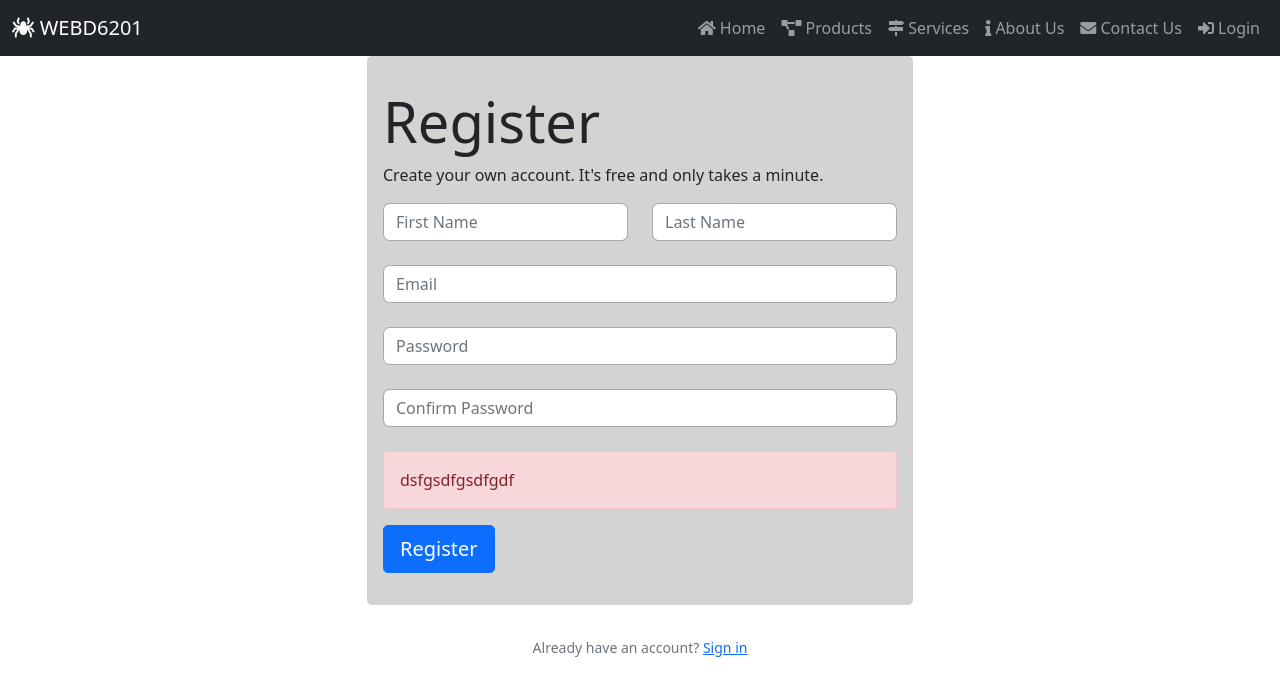
Repository: soumyann/soumyann11.github.io
Page: register.html
An editor plug-in stored every save of this project. The page is shown before and after the next save, followed by the edit.
The browser window is 1280 px wide. The pictures show the whole page.

Above is the page before, as saved 2022-02-27 15:43:10.

### register.html
<!DOCTYPE html>
<html lang="en">

<head>
  <meta charset="UTF-8">
  <meta http-equiv="X-UA-Compatible" content="IE=edge">
  <meta name="viewport" content="width=device-width, initial-scale=1.0">
  <title>Register</title>
  <!-- CSS Section -->
  <link rel="stylesheet" href="./node_modules/bootstrap/dist/css/bootstrap.min.css">
  <link rel="stylesheet" href="./node_modules/@fortawesome/fontawesome-free/css/all.min.css">
  <link rel="stylesheet" href="./Content/app.css">
</head>

<body>
  <header></header>

  <!-- Main Content -->
  <main class="container" id="mainContent">
    <div class="row">
      <div class="offset-md-3 col-md-6 col-sm-12">
        <div class="login" id="contentArea">
          <h1 class="display-4">Register</h1>
          <form id="registerForm" novalidate>
            <p class="hint-text">Create your own account. It's free and only takes a minute.</p>

            <div class="form-group">
              <div class="row">
                <div class="col-md-6">
                  <input class="form-control" type="text" name="firstName" id="FirstName" placeholder="First Name"
                    required>
                </div>
                <div class="col-md-6">
                  <input class="form-control" type="text" name="lastName" id="lastName" placeholder="Last Name"
                    required>
                </div>
              </div>
            </div>
            <br />

            <div class="form-group">
              <div class="row">
                <div class="col-md-12">
                  <input type="email" class="form-control" id="emailAddress" name="emailAddress" required value=""
                    placeholder="Email">
                </div>
              </div>

            </div><br />

            <div class="form-group">
              <div class="row">
                <div class="col-md-12">
                  <input type="password" class="form-control" id="password" name="password" required value=""
                    placeholder="Password">
                </div>
              </div>

            </div><br />

            <div class="form-group">
              <div class="row">
                <div class="col-md-12">
                  <input type="password" class="form-control" id="confirmPassword" name="confirmPassword" required
                    value="" placeholder="Confirm Password">
                </div>
              </div>

            </div><br />
            <div class="text-right">
              <div id="ErrorMessage" class="alert alert-danger" role="alert">dsfgsdfgsdfgdf</div>
            </div>

            <div class="text-right">
              <button id="submitButton" type="submit" class="btn btn-primary btn-lg">Register</button>
            </div>
          </form>

        </div>
        <p class="text-center text-muted small">
          Already have an account?
          <a href="login.html">Sign in</a>
        </p>
      </div>
    </div>
  </main>


  <!-- Scripting Section -->
  <script src="./node_modules/jquery/dist/jquery.min.js"></script>
  <script src="./node_modules/bootstrap/dist/js/bootstrap.min.js"></script>

  <script src="./Scripts/namespace.js"></script>
  <script src="./Scripts/contact.js"></script>
  <script src="./Scripts/app.js"></script>
</body>

</html>

### Content/app.css
.input-group-addon:first-child
{
    border-right: 0;
}

.input-group-addon
{
    padding: 6px 12px;
    font-size: 14px;
    font-weight: 400;
    line-height: 1;
    text-align: center;
    border: 1px solid darkgrey;
    border-radius: 4xpx;
}

.input-group-addon .fa
{
    font-size: 18px;
}

.input-group .form-control
{
    position:relative;
    z-index: 2;
    float:left;
    margin-bottom: 0;
}

.input-group .form-control:last-child
{
    border-top-left-radius: 0;
    border-bottom-left-radius: 0;
}



.login
{
    padding: 2rem 1rem;
    margin-bottom: 2rem;
    background-color: lightgrey;
    border-radius: .3rem;
}

.login input
{
    background-color: white;
    border-color: darkgrey;
    border-radius: .4em;
    width: 100%;
}

### Scripts/namespace.js
"use strict";
let core;

### Scripts/contact.js
(function (core){

    class Contact
    {

        //public properties (getters and setters)
        get FullName()
        {
            return this.m_fullName;
        }
        set FullName(fullName)
        {
            this.m_fullName=fullName;
        }

        get ContactNumber()
        {
            return this.m_contactNumber;
        }
        set ContactNumber(contactNumber)
        {
            this.m_contactNumber=contactNumber;
        }

        get EmailAddress()
        {
            return this.m_emailAddress;
        }
        set EmailAddress(emailAddress)
        {
            this.m_emailAddress=emailAddress;
        }

        //constructor

        constructor(fullName="", contactNumber="", emailAddress="")
        {
            this.FullName=fullName;
            this.ContactNumber=contactNumber;
            this.EmailAddress=emailAddress;
        }

        //Public methods

        serialize()
        {
            if(this.FullName !== "" && this.ContactNumber !== "" && this.EmailAddress !== "")
            {
                return `${this.FullName},${this.ContactNumber},${this.EmailAddress}`;
            }
            console.error("One or more properties of the Contact Object are missing or empty");
            return null;
        }

        deserialize(data) // assume that the data object is a comma-separated list of properties
        {
            let propertyArray = data.split(",");
            this.FullName = propertyArray[0];
            this.ContactNumber = propertyArray[1];
            this.EmailAddress = propertyArray[2];
        }

        // public overrides

        toString()
        {
            return `Full Name     : ${this.FullName}\nContact Number: ${this.ContactNumber}\nEmail Address : ${this.EmailAddress}`;
        }


    }

     core.Contact = Contact;
})(core || (core = {}));

### Scripts/app.js
// IIFE -- Immediately Invoked Function Expression
// AKA Anonymous Self-Executing Function
(function()
{
    /**
     * This method uses AJAX to open a connection to the url and returns data to the callback function
     *
     * @param {string} method
     * @param {string} url
     * @param {Function} callback
     */
    function AjaxRequest(method, url, callback)
    {
        // step 1 - instantiate an XHR object
        let XHR = new XMLHttpRequest();

        // step 2 - create an event listener / handler for readystatechange event
        XHR.addEventListener("readystatechange", () =>
        {
            if(XHR.readyState === 4 && XHR.status === 200)
            {
               callback(XHR.responseText);
            }
        });

        // step 3 - open a connection to the server
        XHR.open(method, url);

        // step 4 - send the request to the server
        XHR.send();
    }

    /**
     * This function loads the NavBar from the header file and injects it into the page
     *
     * @param {string} data
     */
    function LoadHeader(data)
    {
        $("header").html(data); // data payload
        $(`li>a:contains(${document.title})`).addClass("active"); // add a class of 'active'
        CheckLogin();
    }


    function DisplayAboutPage()
    {
        console.log("About Us Page");
    }

    function DisplayProductsPage()
    {
        console.log("Products Page");
    }

    function DisplayServicesPage()
    {
        console.log("Services Page");
    }


    function DisplayHomePage()
    {
        console.log("Home Page");

        $("#AboutUsButton").on("click", function()
        {
            location.href = "about.html";
        });

        $("main").append(`<p id="MainParagraph" class="mt-3">This is the Main Paragraph</p>`);
        //Article.innerHTML = ArticleParagraph;
        $("body").append(`<article class="container">
        <p id="ArticleParagraph" class="mt-3">This is the Article Paragraph</p>
        </article>`);
    }

    /**
     * Adds a Contact Object to localStorage
     *
     * @param {string} fullName
     * @param {string} contactNumber
     * @param {string} emailAddress
     */
    function AddContact(fullName, contactNumber, emailAddress)
    {
        let contact = new core.Contact(fullName, contactNumber, emailAddress);
        if(contact.serialize())
        {
            let key = contact.FullName.substring(0, 1) + Date.now();

            localStorage.setItem(key, contact.serialize());
        }
    }

    /**
     * This method validates an input text field in the form and displays
     * an error in the message area div element
     *
     * @param {string} input_field_ID
     * @param {RegExp} regular_expression
     * @param {string} error_message
     */
    function ValidateField(input_field_ID, regular_expression, error_message)
    {
        let messageArea = $("#messageArea").hide();

        $("#" + input_field_ID).on("blur", function()
        {
            let input_text_field = $(this).val();
            if(!regular_expression.test(input_text_field))
            {
                $(this).trigger("focus").trigger("select");
                messageArea.addClass("alert alert-danger").text(error_message).show();
            }
            else
            {
                messageArea.removeAttr("class").hide();
            }
        });
    }

    function ContactFormValidation()
    {
        ValidateField("fullName",/^([A-Z][a-z]{1,3}.?\s)?([A-Z][a-z]{1,25})+(\s|,|-)([A-Z][a-z]{1,25})+(\s|,|-)*$/,"Please enter a valid Full Name. This must include at least a Capitalized first name followed by a Capitalized last Name.");
        ValidateField("contactNumber",/^(\+\d{1,3}[\s-.])?\(?\d{3}\)?[\s-.]?\d{3}[\s-.]?\d{4}$/,"Please enter a valid Contact Number. Example: (905) 555-5555");
        ValidateField("emailAddress",/^[a-zA-Z0-9._-]+@[a-zA-Z0-9.-]+\.[a-zA-Z]{2,10}$/,"Please enter a valid Email Address.");
    }

    function DisplayContactPage()
    {
        console.log("Contact Us Page");

        ContactFormValidation();

        let sendButton = document.getElementById("sendButton");
        let subscribeCheckbox = document.getElementById("subscribeCheckbox");

        sendButton.addEventListener("click", function(event)
        {
            //event.preventDefault();

            if(subscribeCheckbox.checked)
            {
                AddContact(fullName.value, contactNumber.value, emailAddress.value);
            }
        });
    }

    function DisplayContactListPage()
    {
        console.log("Contact-List Page");

        if(localStorage.length > 0) // check if localStorage has something in it
        {
            let contactList = document.getElementById("contactList");

            let data = "";

            let keys = Object.keys(localStorage);

            let index = 1;

            //for every key in the keys collection loop
            for(const key of keys)
            {
                let contactData = localStorage.getItem(key); // retrieve contact data from localStorage

                let contact = new core.Contact(); // create an empty Contact Object
                contact.deserialize(contactData);

                data += `<tr>
                <th scope="row" class="text-center">${index}</th>
                <td>${contact.FullName}</td>
                <td>${contact.ContactNumber}</td>
                <td>${contact.EmailAddress}</td>
                <td class="text-center"><button value="${key}" class="btn btn-primary btn-sm edit"><i class="fas fa-edit fa-sm"></i> Edit</button></td>
                <td class="text-center"><button value="${key}" class="btn btn-danger btn-sm delete"><i class="fas fa-trash-alt fa-sm"></i> Delete</button></td>
                </tr>
                `;



                index++;
            }

            contactList.innerHTML = data;

            $("#addButton").on("click", () =>
            {
                location.href = "edit.html#add";
            });

            $("button.delete").on("click", function()
            {
                if(confirm("Are you sure?"))
                {
                    localStorage.removeItem($(this).val());
                }

                location.href = "contact-list.html";
            });

            $("button.edit").on("click", function()
            {
                location.href = "edit.html#" + $(this).val();
            });
        }
    }

    function DisplayEditPage()
    {
        console.log("Edit Page");

        ContactFormValidation();

        let page = location.hash.substring(1);

        switch(page)
        {
            case "add":
                {
                    $("main>h1").text("Add Contact");

                    $("#editButton").html(`<i class="fas fa-plus-circle fa-lg"></i> Add`);

                    $("#editButton").on("click", (event) =>
                    {
                        event.preventDefault();
                        // Add Contactt
                        AddContact(fullName.value, contactNumber.value, emailAddress.value);
                        // Refresh the contact-list page
                        location.href ="contact-list.html";
                    });

                    $("#cancelButton").on("click", () =>
                    {
                        location.href ="contact-list.html";
                    });

                }
                break;
            default:
                {
                    // get the contact info from localStorage
                    let contact = new core.Contact();
                    contact.deserialize(localStorage.getItem(page));

                    // display the contact info in the edit form
                    $("#fullName").val(contact.FullName);
                    $("#contactNumber").val(contact.ContactNumber);
                    $("#emailAddress").val(contact.EmailAddress);

                    // when Edit is pressed - update the contact
                    $("#editButton").on("click", (event)=>
                    {
                        event.preventDefault();

                        // get any changes from the form
                        contact.FullName = $("#fullName").val();
                        contact.ContactNumber = $("#contactNumber").val();
                        contact.EmailAddress = $("#emailAddress").val();

                        // replace the item in localStorage
                        localStorage.setItem(page, contact.serialize());

                        // return to the contact-list
                        location.href ="contact-list.html";
                    });

                    $("#cancelButton").on("click", () =>
                    {
                        location.href ="contact-list.html";
                    });

                }
                break;
        }
    }

    function DisplayLoginPage()
    {
        console.log("Login Page");

        let messageArea = $("#messageArea");
        messageArea.hide();

        $("#loginButton").on("click", function()
        {
            let success = false;

            // create an empty User object
            let newUser = new core.User();

            // use jQuery shortcut to load the users.json file
            $.get("./Data/users.json", function(data)
            {
                // for everry user in the users.json file, loop
                for (const user of data.users)
                {
                    // check if the username and password entered match with user
                    if(username.value == user.Username && password.value == user.Password)
                    {
                        // get the user data from the file and assign it to our empty user object
                        newUser.fromJSON(user);
                        success = true;
                        break;
                    }
                }

                 // if username and password matches - success...perform the login sequence
                if(success)
                {

                    // add user to session storage
                    sessionStorage.setItem("user", newUser.serialize());

                    // hide any error messages
                    messageArea.removeAttr("class").hide();

                    // redirect the user to the secure area of our site - contact-list
                    location.href = "contact-list.html";


                }
                else
                {
                    // display an error message
                    $("#username").trigger("focus").trigger("select");
                    messageArea.addClass("alert alert-danger").text("Error: Invalid Login Information.").show();
                }
            });



            $("#cancelButtton").on("click", function()
            {
                // clear the login form
                document.forms[0].reset();

                // return to  the home page
                location.href = "index.html";
            });
        });
    }

    function CheckLogin()
    {
        // if user is logged in
        if(sessionStorage.getItem("user"))
        {
            // swap out the login link for the logout link
            $("#login").html(
                `<a id="logout" class="nav-link" href="#"><i class="fas fa-sign-out-alt"></i> Logout</a>`
            );

            //Show UserName Span if the user is logged in
            $("#loginUser").show();
            $("#loginUser").text(sessionStorage.getItem("user").split(",")[0]);

            $("#logout").on("click", function()
            {
                // perform logout
                sessionStorage.clear();

                // redirect back to login
                location.href = "login.html";
            });
        }
        else {

            //Hide UserName Span if the user is logged out
            $("#loginUser").hide();
        }
    }

    function DisplayRegisterPage()
    {
        console.log("Register Page");
    }

    // named function
    function Start()
    {
        console.log("App Started!!");

        AjaxRequest("GET", "header.html", LoadHeader);



        switch (document.title) {
          case "Home":
            DisplayHomePage();
            break;
          case "Contact Us":
            DisplayContactPage();
            break;
          case "Contact-List":
            DisplayContactListPage();
            break;
          case "About Us":
            DisplayAboutPage();
            break;
          case "Our Products":
            DisplayProductsPage();
            break;
          case "Our Services":
            DisplayServicesPage();
            break;
          case "Edit":
            DisplayEditPage();
            break;
          case "Login":
            DisplayLoginPage();
            break;
          case "Register":
            DisplayRegisterPage();
            break;
        }
    }

    window.addEventListener("load", Start);

})();

### header.html
<nav class="navbar navbar-expand-lg navbar-dark bg-dark">
  <div class="container-fluid">
    <a class="navbar-brand" href="index.html"><i class="fas fa-spider"></i> WEBD6201</a>
    <button class="navbar-toggler" type="button" data-bs-toggle="collapse" data-bs-target="#navbarSupportedContent"
      aria-controls="navbarSupportedContent" aria-expanded="false" aria-label="Toggle navigation">
      <span class="navbar-toggler-icon"></span>
    </button>
    <div class="collapse navbar-collapse" id="navbarSupportedContent">
      <ul class="navbar-nav ms-auto mb-2 mb-lg-0">
        <li class="nav-item">
          <a class="nav-link" href="index.html"><i class="fas fa-home"></i> Home</a>
        </li>
        <li class="nav-item">
          <a class="nav-link" href="products.html"><i class="fas fa-project-diagram"></i> Products</a>
        </li>
        <li class="nav-item">
          <a class="nav-link" href="services.html"><i class="fas fa-map-signs"></i> Services</a>
        </li>
        <li class="nav-item">
          <a class="nav-link" href="about.html"><i class="fas fa-info"></i> About Us</a>
        </li>
        <li class="nav-item">
          <a class="nav-link" href="contact.html"><i class="fas fa-envelope"></i> Contact Us</a>
        </li>
        <li class="nav-item">
          <span id="loginUser" class="nav-link"></span>
        </li>
        <li id="login" class="nav-item">
          <a class="nav-link" href="login.html"><i class="fas fa-sign-in-alt"></i> Login</a>
        </li>
      </ul>
    </div>
  </div>
</nav>

Loaded but not shown: node_modules/bootstrap/dist/css/bootstrap.min.css (library); node_modules/@fortawesome/fontawesome-free/css/all.min.css (library); node_modules/jquery/dist/jquery.min.js (library); node_modules/bootstrap/dist/js/bootstrap.min.js (library)

After the next save:
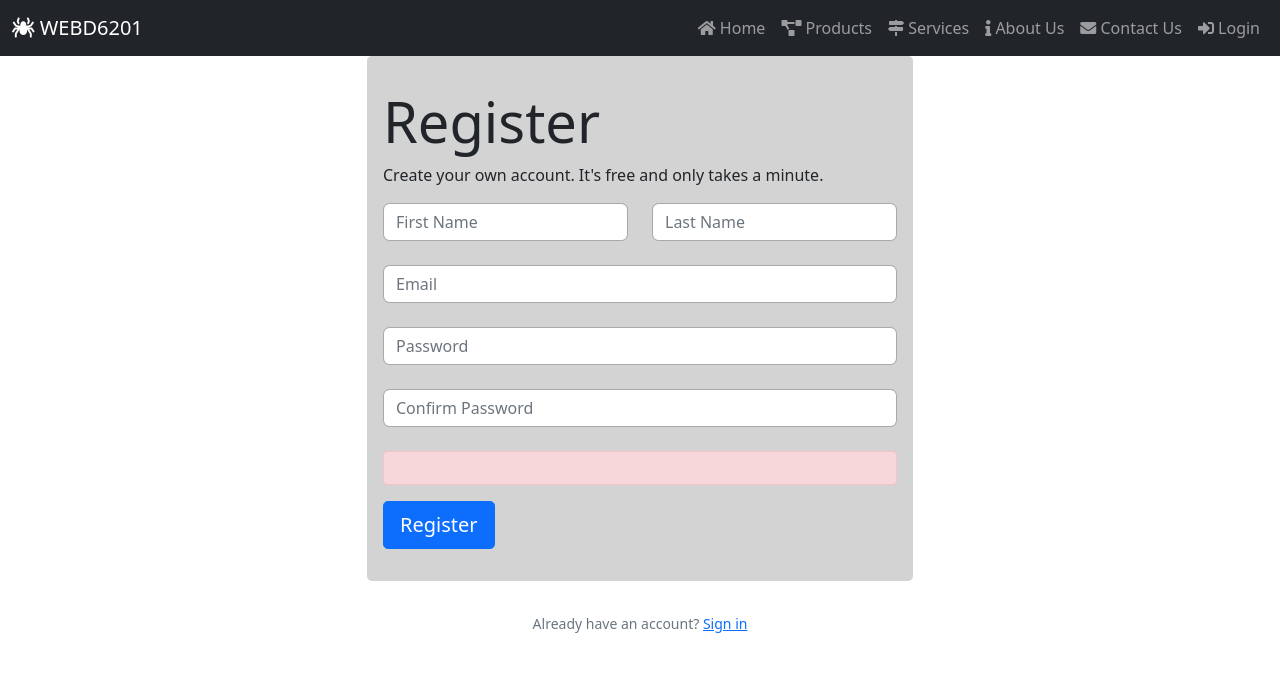
Saved 17 s later.
--- a/register.html
+++ b/register.html
@@ -68,7 +68,7 @@
 
             </div><br />
             <div class="text-right">
-              <div id="ErrorMessage" class="alert alert-danger" role="alert">dsfgsdfgsdfgdf</div>
+              <div id="ErrorMessage" class="alert alert-danger" role="alert"></div>
             </div>
 
             <div class="text-right">
